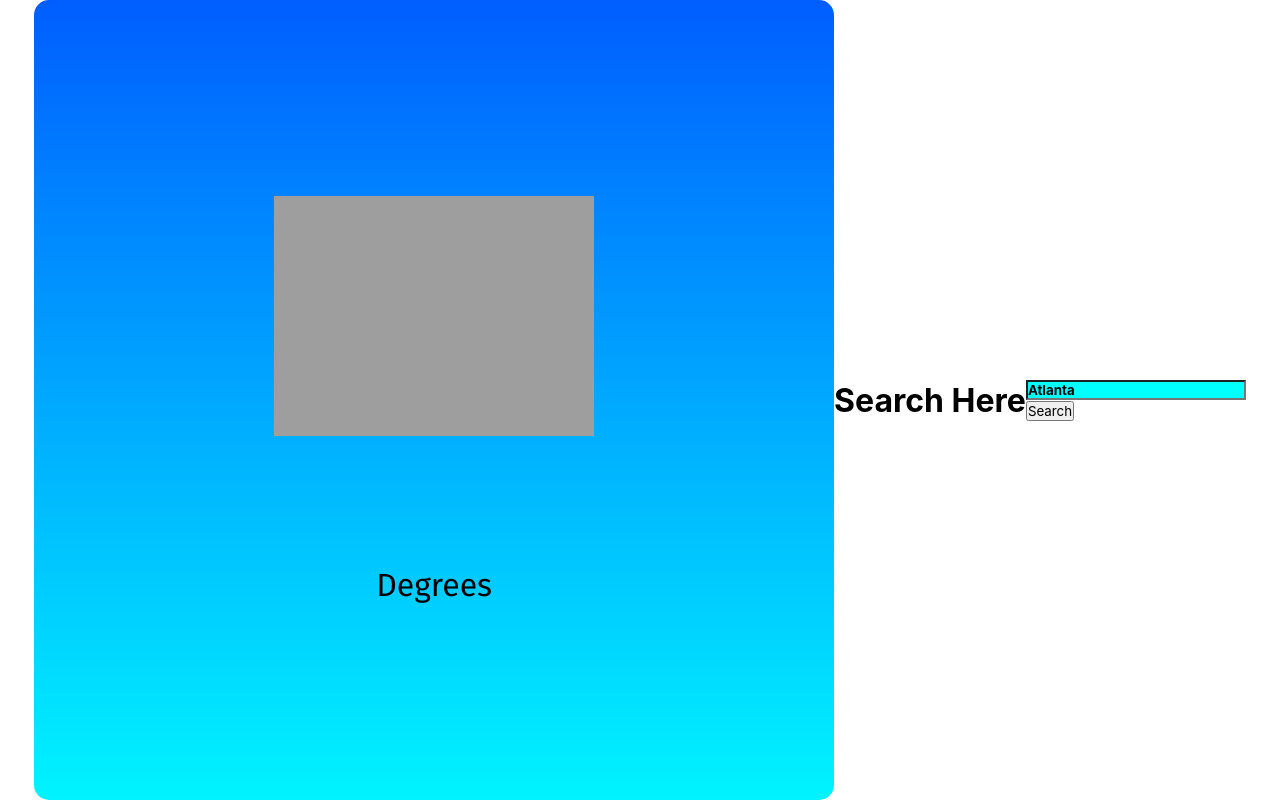
Repository: sayrilamar/chumsweatherapp
Page: /
The author's editor kept a copy of each file at every save. The page is drawn from the files as they stood at one save, then again after the next save.
The browser window is 1280 px wide. The pictures show the whole page.
Pictures or frames that could not be fetched are drawn as grey boxes. The page's requests for data from a server got no answer. The project was rebuilt for these pictures with package versions that can differ from the ones it lists, and the page was loaded fresh each time. No one was signed in, and anything a server would have sent is missing.

Above is the page before, as saved 2020-04-18 16:57:16.

### src/index.css
* {
  margin: 0;
  padding: 0;
  font-family: -apple-system, BlinkMacSystemFont, 'Segoe UI', 'Roboto', 'Oxygen',
    'Ubuntu', 'Cantarell', 'Fira Sans', 'Droid Sans', 'Helvetica Neue',
    sans-serif;
  -webkit-font-smoothing: antialiased;
  -moz-osx-font-smoothing: grayscale;
}

### src/App.js
import React, {useState, useEffect} from "react";
import "./App.css";
import WeatherCard from "./components/WeatherCard/component.js";

function App() {
  const [query,
    setQuery] = useState("Atlanta");
  const [weather,
    setWeather] = useState({temp: null, city: null, condition: null, country: null, description: null});

  const data = async q => {
    const apiRes = await fetch(`http://api.openweathermap.org/data/2.5/weather?q=${q}&units=imperial&APPID=ab0ef440364092f54ff821ca2b803163`);
    const resJSON = await apiRes.json();
    return resJSON;
  };

  const handleSearch = e => {
    // data(query).then(res => console.log(res));
    e.preventDefault();
    data(query).then(res => {
      setWeather({temp: res.main.temp, city: res.name, condition: res.weather[0].main, country: res.sys.country, description: res.weather[0].description});
    });
  };

  // runs once the dom is loaded for the first time only, because there is no
  // variable being watched in the dependency array
  useEffect(() => {
    data(query).then(res => {
      setWeather({temp: res.main.temp, city: res.name, condition: res.weather[0].main, country: res.sys.country, description: res.weather[0].description});
    });
  }, []);

  return (
    <div className="App">
      <div>
        <WeatherCard
          temp={weather.temp}
          condition={weather.condition}
          city={weather.city}
          state={weather.country}
          description={weather.description}/>
      </div>
      <h1>Search Here</h1>
      <form>
        <div>
          <input
            className="input"
            value={query}
            onChange={e => setQuery(e.target.value)}/>
        </div>
        <div>
          <button onClick={e => handleSearch(e)}>Search</button>
        </div>
      </form>
    </div>
  );
}

export default App;

### src/App.css
@import url("https://fonts.googleapis.com/css?family=Merriweather|Fira+Sans&display=swap");

.App {
  margin: 0 auto;
  color: white;
  display: flex;
  justify-content: center;
  align-items: center;
}

h1 {
  color: black;
}

.input {
  background-color: aqua;
  font-weight: bold;
  height: 25px width: 50px
}

### src/components/WeatherCard/component.js
import React from "react";
import styled from "@emotion/styled";
import Location from "./Location";
import Icon from "./Icon";
import Condition from "./Condition";

const WeatherCard = ({temp, condition, city, state, description}) => {
    let highColor = 0;
    let lowColor = 0;
    let bg = null;

    if (temp > 53.6) {
        highColor = (1 - (temp - 53.6) / 50.4) * 255;
        lowColor = highColor - 150;
        bg = `linear-gradient(
            to top,
            rgb(255, ${highColor}, 0),
            rgb(255, ${lowColor}, 0)
          )`;
    } else if (temp <= 53.6) {
        highColor = (1 - (temp + 4) / 89) * 255;
        lowColor = highColor - 150;
        bg = `linear-gradient(
            to top,
            rgb(0, ${highColor}, 255),
            rgb(0, ${lowColor}, 255)
          )`;
    }

    const Card = styled.div `
    margin: 0 auto;
    background: ${bg};
    width: 800px;
    height: 800px;
    display: flex;
    flex-direction: column;
    justify-content: space-around;
    align-items: center;
    border-radius: 15px;
  `;

    return (
        <Card>
            <Location city={city} state={state}/>
            <Icon condition={condition}/>
            <Condition temp={temp} condition={condition} description={description}/>
        </Card>
    );
};

export default WeatherCard;

### src/components/WeatherCard/Location.js
import React from "react";
import styled from "@emotion/styled";

const Location = ({city, state}) => {
  const Container = styled.div `
    text-align: center;
  `;

  const City = styled.h1 `
    font-family: "Merriweather", sans-serif;
    font-size: 1.6rem;
  `;

  const Country = styled.h3 `
    font-family: "Fira Sans", sans-serif;
    font-size: 1.1rem;
  `;

  return (
    <Container>
      <City>{city}</City>
      <Country>{state}</Country>
    </Container>
  );
};

export default Location;

### src/components/WeatherCard/Icon.js
import React from "react";
import styled from "@emotion/styled";

// https://openweathermap.org/weather-conditions
const Icon = ({condition}) => {
  let icon;
  switch (condition) {
    case "Clouds":
      icon = `02d@2x`;
      break;
    case "Clear":
      icon = `01d@2x`;
      break;
    case "Haze":
      icon = `50d@2x`;
      break;
    case "Fog":
      icon = `50d@2x`;
      break;
    case "Tornado":
      icon = `50d@2x`;
      break;
    case "Dust":
      icon = `50d@2x`;
      break;
    case "Mist":
      icon = `50d@2x`;
      break;
    case "Snow":
      icon = `13d@2x`;
      break;
    case "Rain":
      icon = `10d@2x`;
      break;
    case "Drizzle":
      icon = `11d@2x`;
      break;
    case "Thunderstorm":
      icon = `11d@2x`;
      break;
    default:
      icon = ``;
      break;
  }

  const Icon = styled.img `
    width: 40%;
  `;

  return (<Icon src={`http://openweathermap.org/img/wn/${icon}.png`} alt="Weather Icon"/>);
};

export default Icon;

### src/components/WeatherCard/Condition.js
import React, {Fragment} from "react";
import styled from "@emotion/styled";

const Condition = ({temp, condition, description}) => {
  const Temp = styled.h1 `
    font-family: "Fira Sans", sans-serif;
    font-size: 2rem;
    font-weight: 200;
  `;

  const State = styled.h3 `
    font-family: "Merriweather", sans-serif;
    font-size: 1.2rem;
  `;

  return (
    <Fragment>
      <Temp>
        {temp}
        Degrees
      </Temp>
      <State>{description}</State>
    </Fragment>
  );
};

export default Condition;

Loaded but not shown: public/index.html (common file); src/index.js (common file); src/serviceWorker.js (common file)

After the next save:
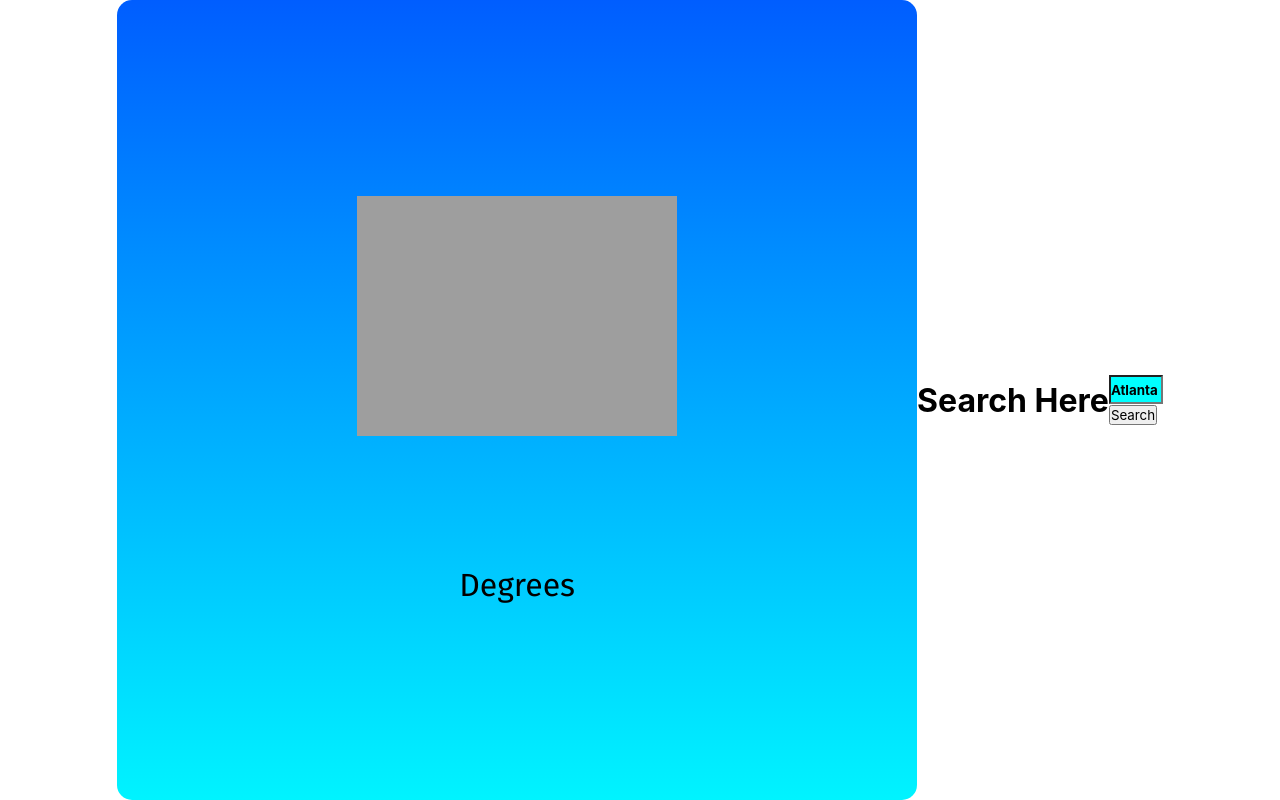
Saved 5 s later.
--- a/src/App.css
+++ b/src/App.css
@@ -15,5 +15,6 @@ h1 {
 .input {
   background-color: aqua;
   font-weight: bold;
-  height: 25px width: 50px
+  height: 25px;
+  width: 50px
 }
